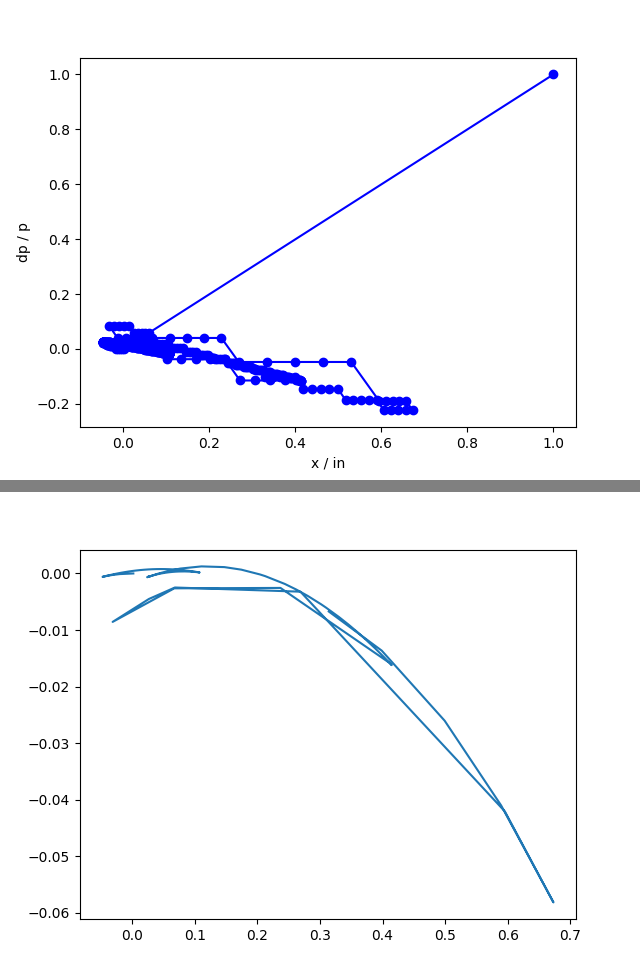
Repository: leiradom/Modified-linear-theory
Script's output: python 3_Shock_correction.py
These files come from the project's save history. The script's output is drawn as it stood at one moment and after the next save; the edit follows.
Each picture stacks the figures in order, with grey between them; figures that are only written to a file come last. Random numbers start from a fixed seed.

Above is the script's output before, as saved 2021-04-08 23:12:37.

After the next save:
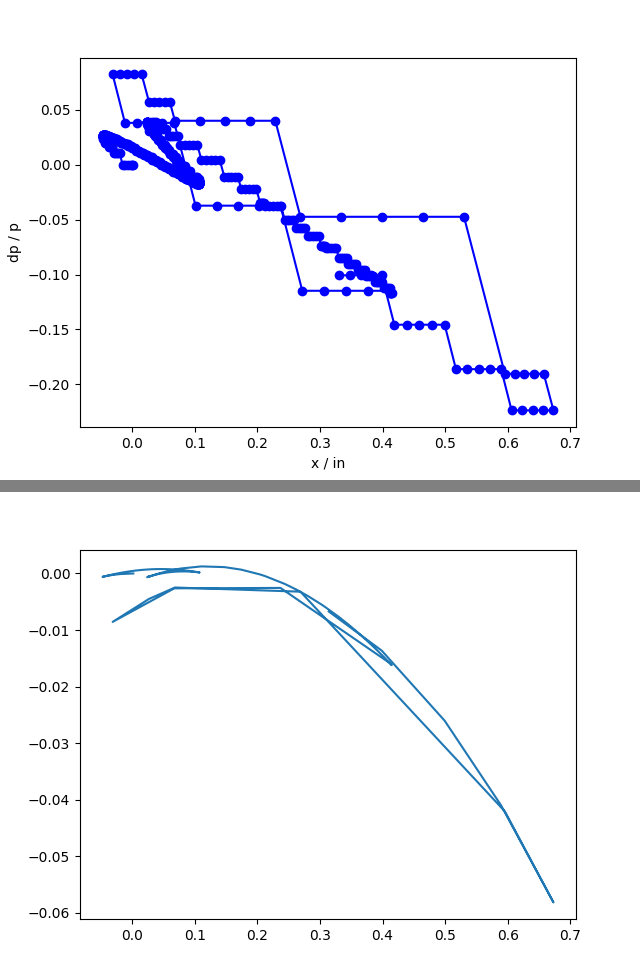
Saved 39 s later.
--- a/3_Shock_correction.py
+++ b/3_Shock_correction.py
@@ -12,8 +12,8 @@ a = len(pressure)                                              #未加点时的
 
 X = np.ones(a,dtype=np.float64)     #存放x的数组 用于加点用的横坐标数组
 Y = np.ones(a,dtype=np.float64)     #存放y的数组 用于加点用的纵坐标数组
-X1 = np.ones(1,dtype=np.float64)
-Y1 = np.ones(1,dtype=np.float64)
+X1 = np.zeros(1,dtype=np.float64)
+Y1 = np.zeros(1,dtype=np.float64)
 b0 = 5                             #每一个 较大的距离之间增加的点数
 x0 = np.zeros(b0+1,dtype=np.float64)
 y0 = np.zeros(b0+1,dtype=np.float64)
